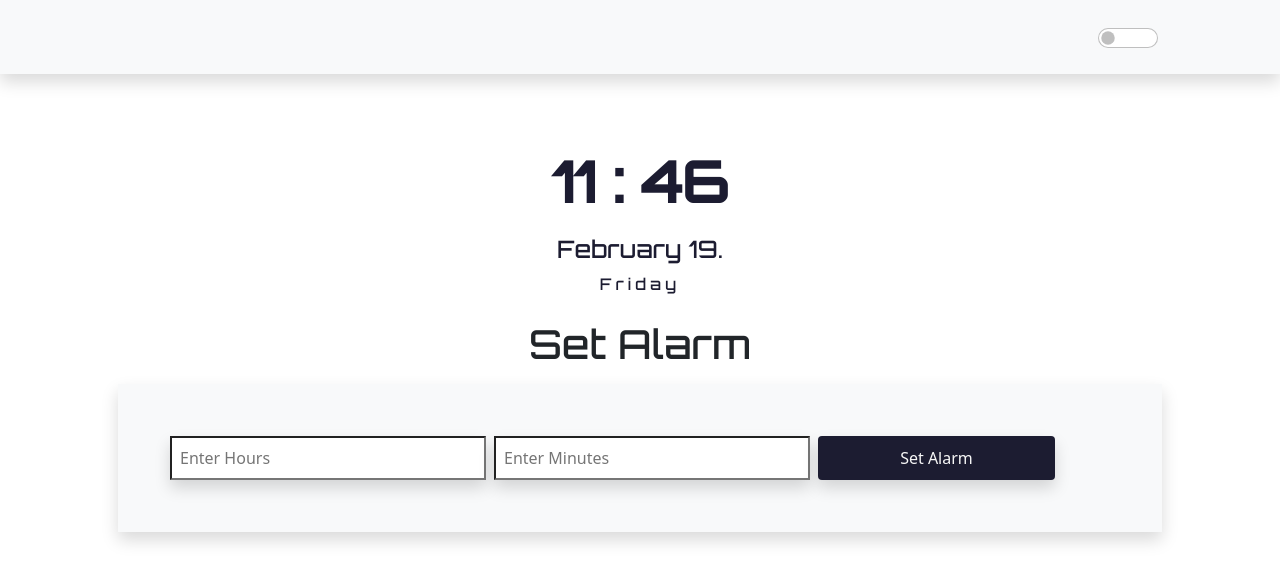
Repository: just-mann/Timer-with-Alarm
Page: index.html
The author's editor kept a copy of each file at every save. The page is drawn from the files as they stood at one save, then again after the next save.
The browser window is 1280 px wide. The pictures show the whole page.

Above is the page before, as saved 2021-02-19 19:11:04.

After the next save:
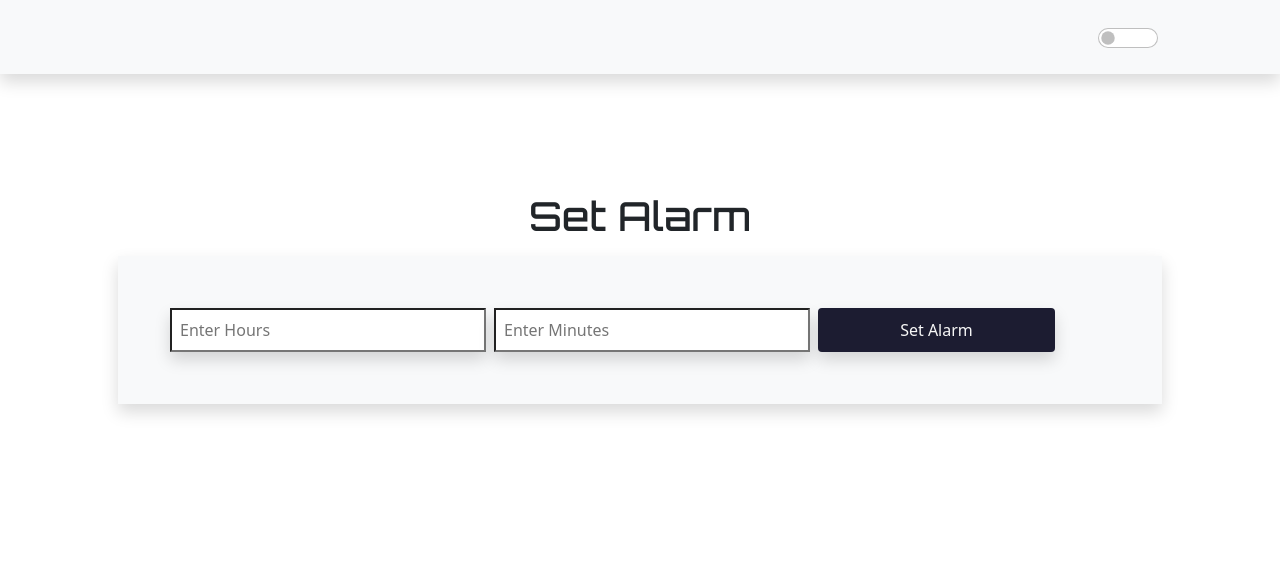
Console error: SyntaxError: Unexpected identifier 'With'
Saved 6 min 42 s later.
--- a/javascript/script.js
+++ b/javascript/script.js
@@ -1,3 +1,16 @@
+Program: Timer With Alarm
+Author: Justin Kollie => just.Codes
+Date Started: February 1, 2020
+Date Completed: February 19, 2020
+
+Description: This program is a frond end digital clock which allows user to set an Alarm as well as delete
+              said Alarm. Moreover, when the alarm time is met, the alarm goes off, playing a Sound.
+              This is just a front end project. No backend or database. When the browser
+
+
+
+
+
 
 'use strict';
 

After the save that followed:
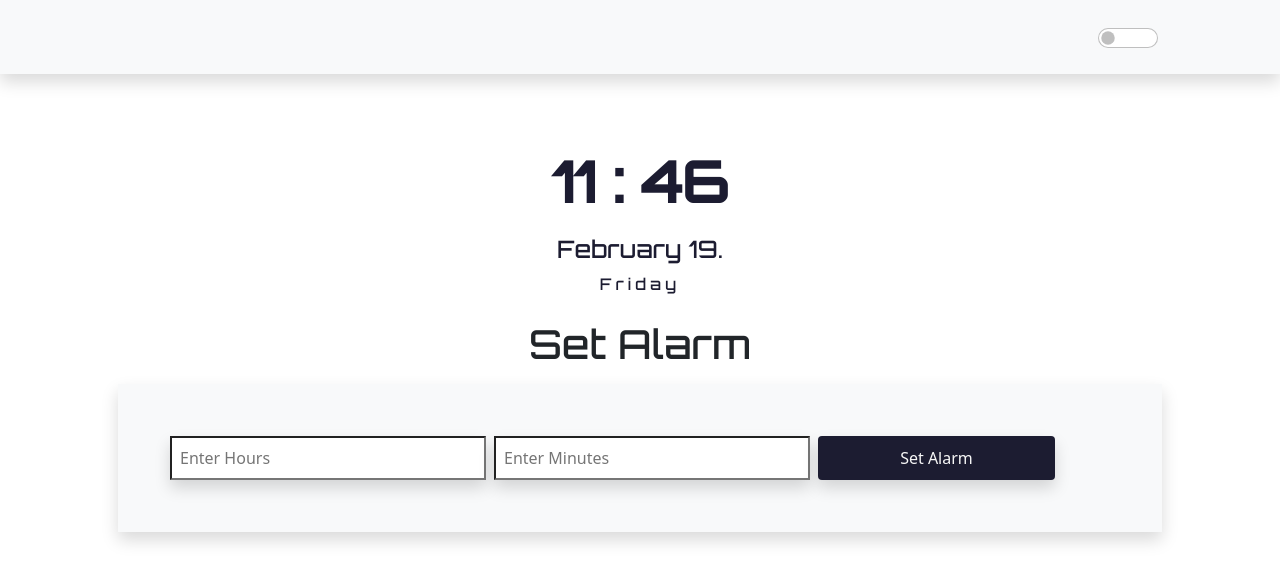
The error is gone.
Saved 51 s later.
--- a/javascript/script.js
+++ b/javascript/script.js
@@ -1,14 +1,11 @@
-Program: Timer With Alarm
-Author: Justin Kollie => just.Codes
-Date Started: February 1, 2020
-Date Completed: February 19, 2020
-
-Description: This program is a frond end digital clock which allows user to set an Alarm as well as delete
-              said Alarm. Moreover, when the alarm time is met, the alarm goes off, playing a Sound.
-              This is just a front end project. No backend or database. When the browser
-
-
-
+// Program: Timer With Alarm
+// Author: Justin Kollie => just.Codes
+// Date Started: February 1, 2020
+// Date Completed: February 19, 2020
+
+// Description: This program is a frond end digital clock which allows user to set an Alarm as well as delete
+//               said Alarm. Moreover, when the alarm time is met, the alarm goes off, playing a Sound.
+//               This is just a front end project. No backend or database. When the browser
 
 
 
